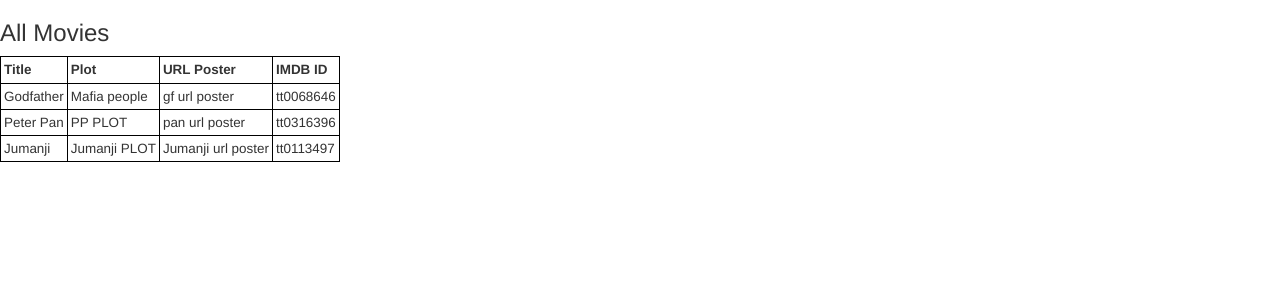
Repository: gitsana/JoseAnnunziato
Page: MyRestfulService/WebContent/movies.html
An editor plug-in stored every save of this project. The page is shown before and after the next save, followed by the edit.
The browser window is 1280 px wide. The pictures show the whole page.
The page's requests for data from a server got no answer.

Above is the page before, as saved 2015-10-02 01:43:16.

### MyRestfulService/WebContent/movies.html
<!DOCTYPE html>
<html>
<head>
<meta charset="UTF-8">
<title>All Movies</title>
<link rel="stylesheet" href="https://maxcdn.bootstrapcdn.com/bootstrap/3.3.5/css/bootstrap.min.css">
</head>
<style>
	table,th,td {
		border: 1px solid black;
	    border-collapse: collapse;
		font-size: .98em;
		padding: 3px;
	}
</style>
<body>
<script src="jquery/jquery-1.11.3.js"></script>

<h3>All Movies</h3>
<table id="movietable">
	<tr>
		<th>Title</th>
		<th>Plot</th>
		<th>URL Poster</th>
		<th>IMDB ID</th>
	</tr>
</table>
<div id="div1"></div>

<script type="text/javascript">
	$(document).ready(function() {
		// hard-coded
		var movie = [{ title: "Godfather", plot: "Mafia people", urlposter: "gf url poster", imdbid: "tt0068646" },
		              { title: "Peter Pan", plot: "PP PLOT", urlposter: "pan url poster", imdbid: "tt0316396" },
		              { title: "Jumanji", plot: "Jumanji PLOT", urlposter: "Jumanji url poster", imdbid: "tt0113497" } ];

		// request from API
		$.ajax({
				url: "/MyRestfulService/rest/movie",
				type: "get", // by default it's get unless specified
				contentType: "application/json",
				dataType: "json",
				data: JSON.stringify(movie),
				success: function(response) {
					console.log("*** Jquery success ***");
				},
				error: function(jqXHR, textStatus, errorThrown) {
					console.log("*** ERROR: jqXHR = " + jqXHR + ", textStatus = " + textStatus
							+ ", errorThrown = " + errorThrown)
				}
			});

		$.each(movie, function(key, value){
			$("#movietable").last().append("<tr><td>" + value.title + "</td><td>" + value.plot +
					"</td><td>" + value.urlposter + "</td><td>" + value.imdbid + "</td></tr>");
		});

	});
</script>

</body>
</html>

Loaded but not shown: MyRestfulService/WebContent/jquery/jquery-1.11.3.js (library)

After the next save:
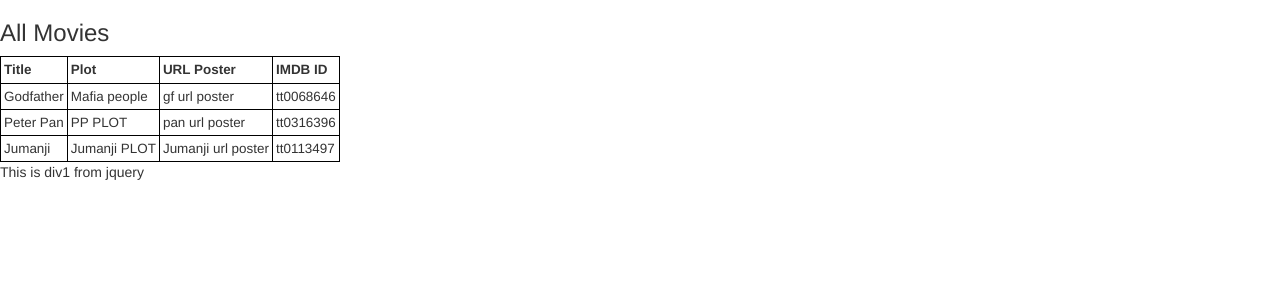
Saved 32 s later.
--- a/MyRestfulService/WebContent/movies.html
+++ b/MyRestfulService/WebContent/movies.html
@@ -55,6 +55,8 @@
 					"</td><td>" + value.urlposter + "</td><td>" + value.imdbid + "</td></tr>");
 		});
 
+		$("#div1").append("This is div1 from jquery");
+
 	});
 </script>
 

After the save that followed:
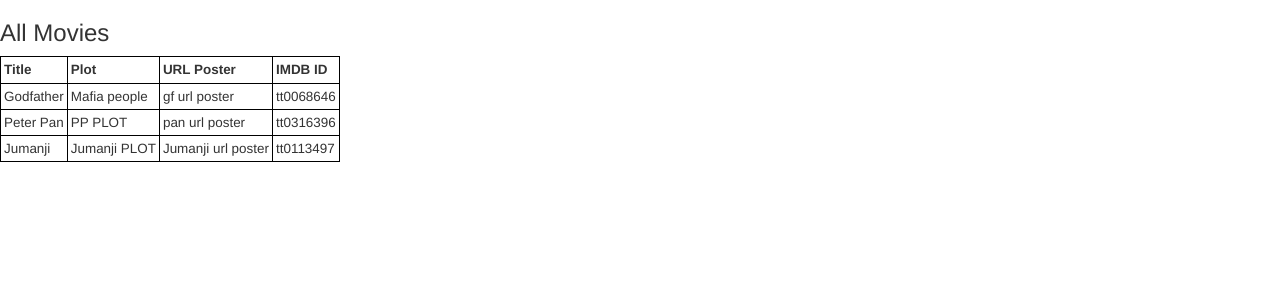
Console error: ReferenceError: response is not defined
Saved 40 s later.
--- a/MyRestfulService/WebContent/movies.html
+++ b/MyRestfulService/WebContent/movies.html
@@ -55,7 +55,7 @@
 					"</td><td>" + value.urlposter + "</td><td>" + value.imdbid + "</td></tr>");
 		});
 
-		$("#div1").append("This is div1 from jquery");
+		$("#div1").append(response);
 
 	});
 </script>
